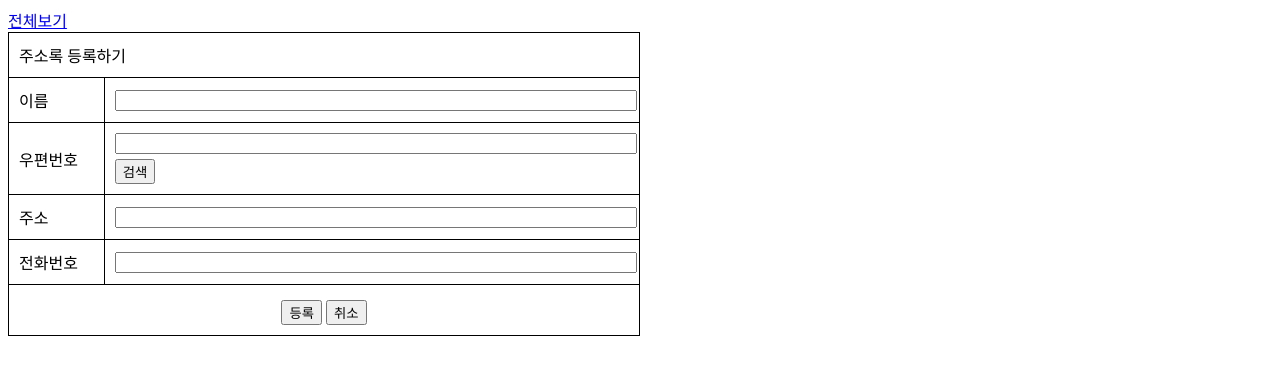
Repository: yubeens/JSP
Page: http://localhost/JSP_Project/jQueryAddress/insert.jsp
The author's editor kept a copy of each file at every save. The page is drawn from the files as they stood at one save, then again after the next save.
The browser window is 1280 px wide. The pictures show the whole page.
The page is served by Tomcat 9. Other server files are loaded and not shown.

Above is the page before, as saved 2025-02-28 01:16:21.

### JSP_Project/src/main/webapp/jQueryAddress/insert.jsp
<%@ page language="java" contentType="text/html; charset=UTF-8"
    pageEncoding="UTF-8"%>
<!DOCTYPE html>
<html>
<head>
<meta charset="UTF-8">
<title>Insert title here</title>
<style>
        table {
            border-collapse: collapse;
            width: 50%;
        }
        th, td {
            border: 1px solid black;
            padding: 10px;
        }
        input[type="text"] {
            width: 100%;
        }
        button {
            margin-top: 5px;
        }
    </style>
</head>
<body>
<a href=#>전체보기</a>
<form action="insert_process.jsp" method="post">
        <table border=1>
        	<tr>
        		<td colspan="2">주소록 등록하기</td>
            <tr>
                <td>이름</td>
                <td><input type="text" name="name"></td>
            </tr>
            <tr>
                <td>우편번호</td>
                <td>
                    <input type="text" size=5 name="zipcode">
                    <button type="button">검색</button>
                </td>
            </tr>
            <tr>
                <td>주소</td>
                <td><input type="text" size=50 name="address"></td>
            </tr>
            <tr>
                <td>전화번호</td>
                <td><input type="text" name="phone"></td>
            </tr>
            <tr>
                <td colspan="2" align="center">
                    <button type="submit" value="등록">등록</button>
                    <button type="reset" value="취소">취소</button>
                </td>
            </tr>
        </table>
    </form>

</body>
</html>

After the next save:
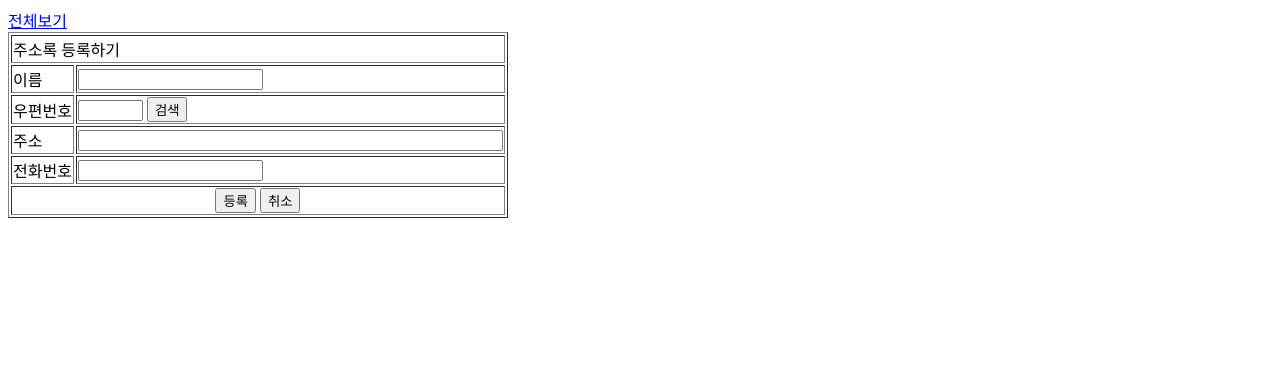
Saved 16 s later.
--- a/JSP_Project/src/main/webapp/jQueryAddress/insert.jsp
+++ b/JSP_Project/src/main/webapp/jQueryAddress/insert.jsp
@@ -5,22 +5,6 @@
 <head>
 <meta charset="UTF-8">
 <title>Insert title here</title>
-<style>
-        table {
-            border-collapse: collapse;
-            width: 50%;
-        }
-        th, td {
-            border: 1px solid black;
-            padding: 10px;
-        }
-        input[type="text"] {
-            width: 100%;
-        }
-        button {
-            margin-top: 5px;
-        }
-    </style>
 </head>
 <body>
 <a href=#>전체보기</a>
